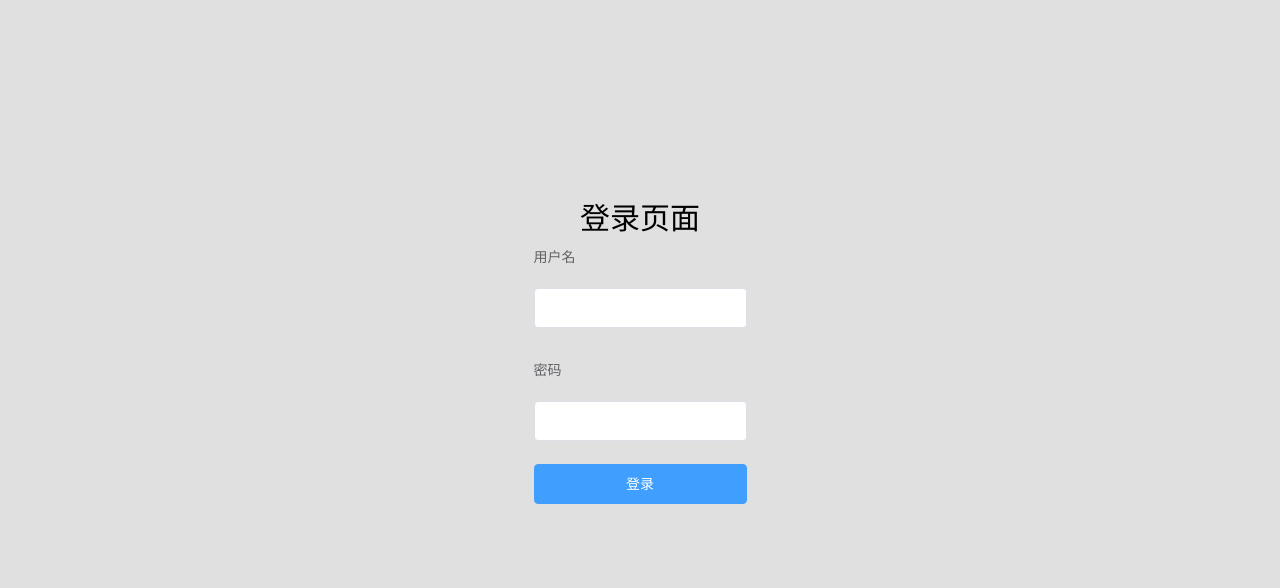
Repository: euphor1azzy/testlist
Page: /#/login (app in list/)
An editor plug-in stored every save of this project. The page is shown before and after the next save, followed by the edit.
The browser window is 1280 px wide. The pictures show the whole page.
The project was rebuilt for these pictures with package versions that can differ from the ones it lists, and the page was loaded fresh each time. Also part of the build but not shown: list/src/components/common/appnav.vue, list/src/components/common/appslider.vue, list/src/views/home.vue, list/src/components/users/users.vue.

Above is the page before, as saved 2020-08-26 13:46:48.

After the next save:
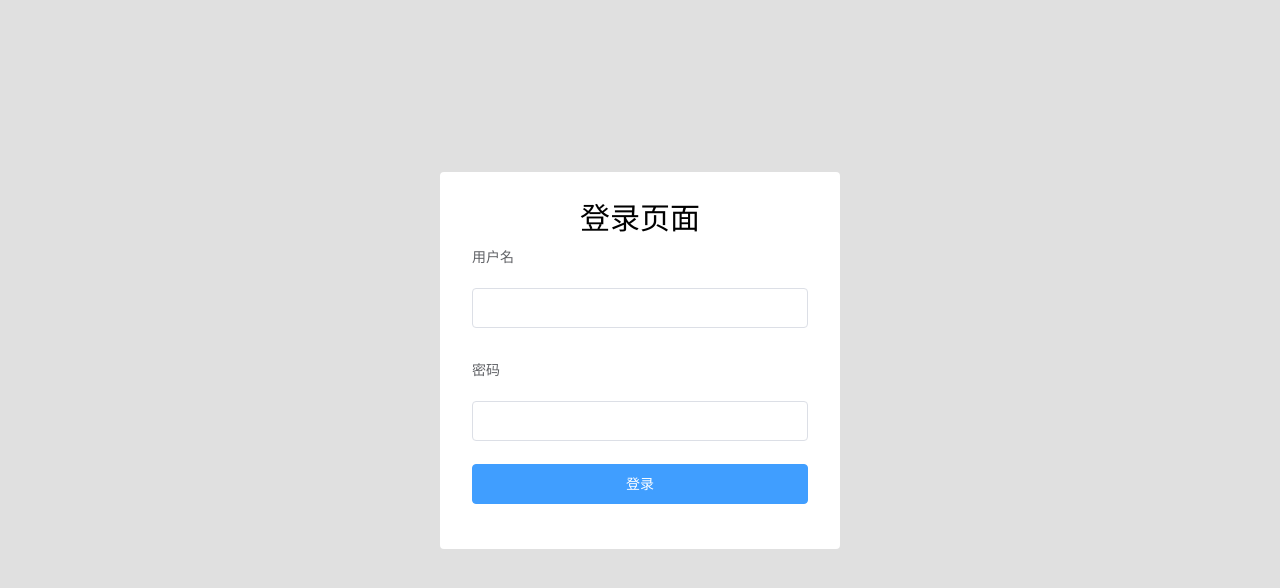
Saved 118 s later.
--- a/list/src/views/login/login.vue
+++ b/list/src/views/login/login.vue
@@ -1,6 +1,6 @@
 <template>
   <div class="logwrap">
-    <el-form :model="ruleForm" status-icon :rules="rules" ref="ruleForm" label-position="top" label-width="80px" >
+    <el-form class="logform" :model="ruleForm" status-icon :rules="rules" ref="ruleForm" label-position="top" label-width="80px" >
  <h1 style="text-align:center;font-size:30px">登录页面</h1>
   <el-form-item label="用户名" prop="username">
     <el-input type="text" v-model="ruleForm.username" autocomplete="off"></el-input>
